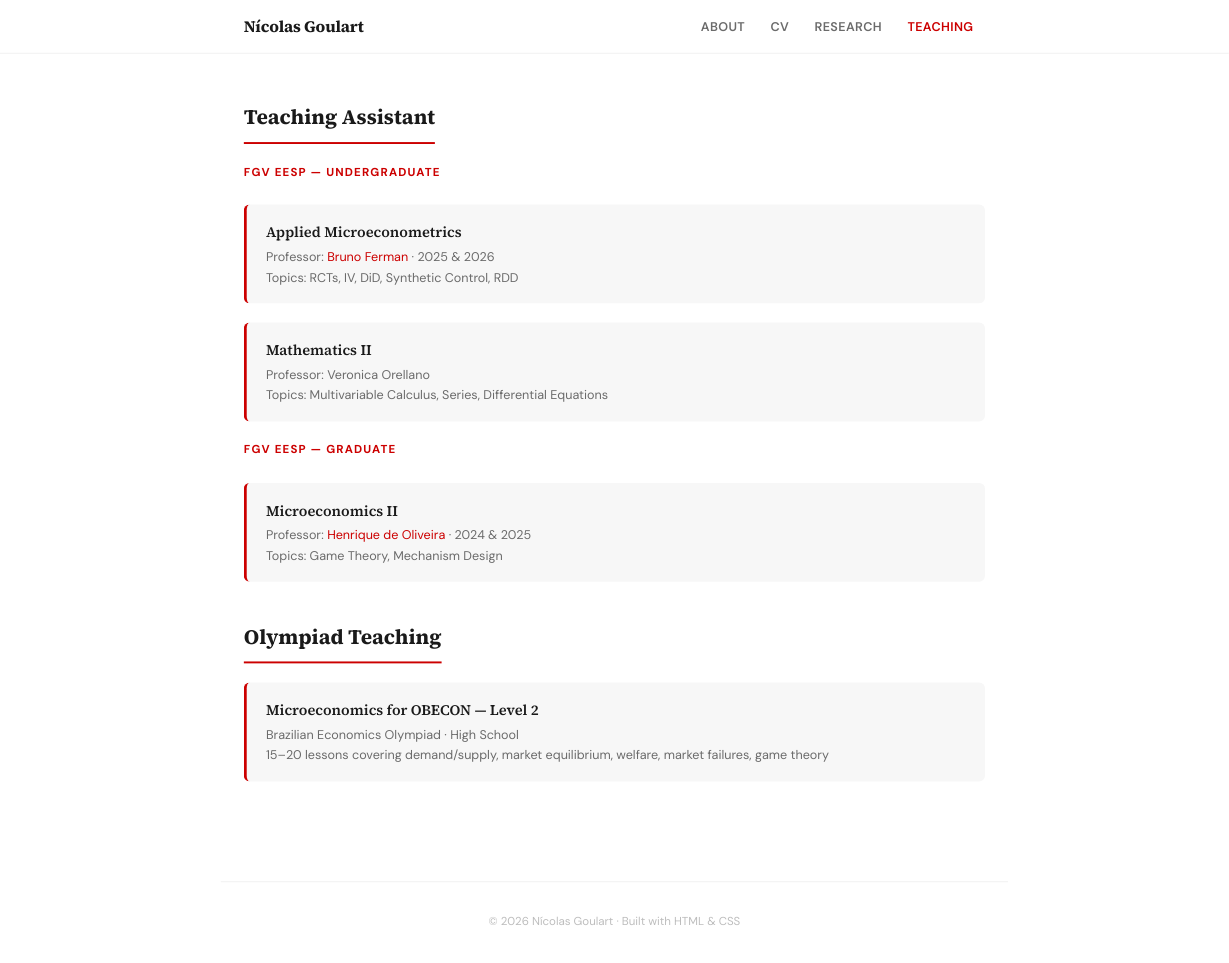
Repository: ngoulart/ngoulart.github.io
Page: files/teaching.html
These files come from the project's save history. The page is drawn as it stood at one moment and after the next save; the edit follows.
The browser window is 1280 px wide. The pictures show the whole page, at 96% of full size.

Above is the page before, as saved 2026-04-26 17:22:02.

After the next save:
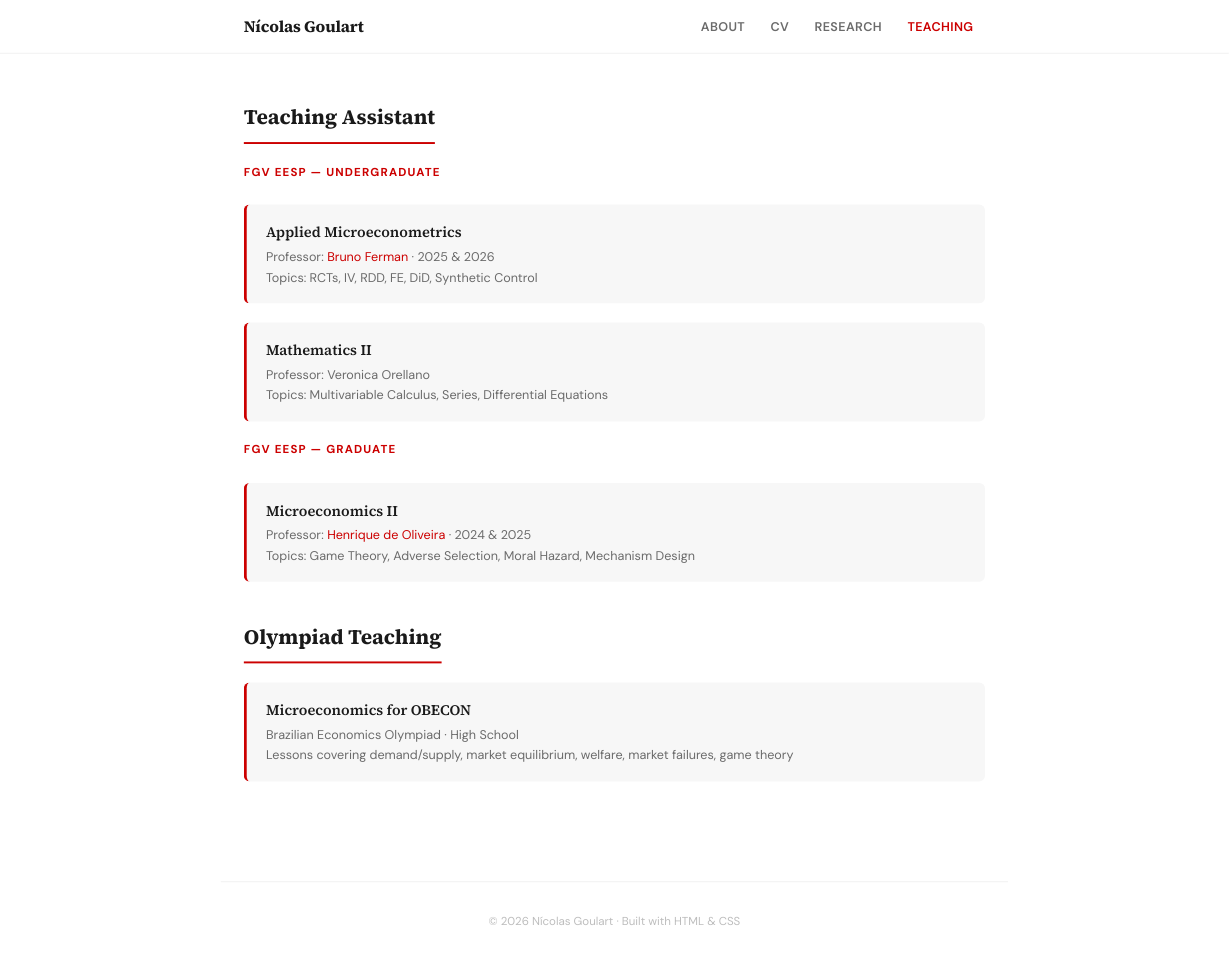
Saved 3 min 14 s later.
--- a/files/teaching.html
+++ b/files/teaching.html
@@ -42,7 +42,7 @@
     <div class="course-title">Applied Microeconometrics</div>
     <div class="course-detail">
       Professor: <a href="https://sites.google.com/site/brunoferman/">Bruno Ferman</a> · 2025 &amp; 2026<br>
-      Topics: RCTs, IV, DiD, Synthetic Control, RDD
+      Topics: RCTs, IV, RDD, FE, DiD, Synthetic Control
     </div>
   </div>
 
@@ -62,7 +62,7 @@
     <div class="course-title">Microeconomics II</div>
     <div class="course-detail">
       Professor: <a href="https://henriquedeoliveira.com/">Henrique de Oliveira</a> · 2024 &amp; 2025<br>
-      Topics: Game Theory, Mechanism Design
+      Topics: Game Theory, Adverse Selection, Moral Hazard, Mechanism Design
     </div>
   </div>
 
@@ -72,10 +72,10 @@
   <h2>Olympiad Teaching</h2>
 
   <div class="course">
-    <div class="course-title">Microeconomics for OBECON — Level 2</div>
+    <div class="course-title">Microeconomics for OBECON</div>
     <div class="course-detail">
       Brazilian Economics Olympiad · High School<br>
-      15–20 lessons covering demand/supply, market equilibrium, welfare, market failures, game theory
+      Lessons covering demand/supply, market equilibrium, welfare, market failures, game theory
     </div>
   </div>
 
